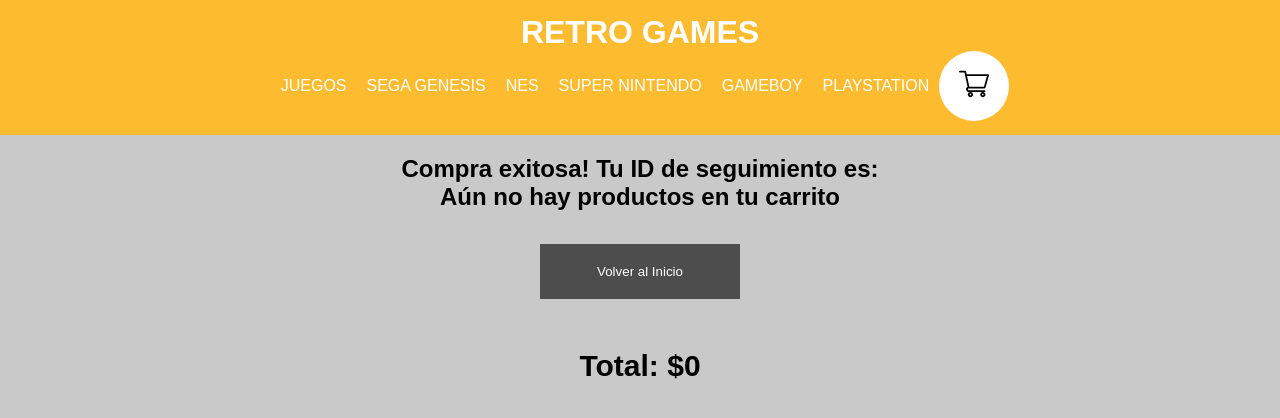
Repository: r-vudama/proyectoEC
Page: /cart
An editor plug-in stored every save of this project. The page is shown before and after the next save, followed by the edit.
The browser window is 1280 px wide. The pictures show the whole page.
The page's requests for data from a server got no answer. Some web fonts or font styles are not loaded; a fallback is used. The project was rebuilt for these pictures with package versions that can differ from the ones it lists, and the page was loaded fresh each time. No one was signed in, and anything a server would have sent is missing. Also part of the build but not shown: src/components/Item.js, src/components/ItemList.js, src/components/ItemListContainer.js, src/components/ItemCount.js, src/components/ItemDetail.js, src/components/ItemDetailContainer.js, src/components/filter/Sega.js, src/components/filter/Gameboy.js and 3 more.

Above is the page before, as saved 2021-01-23 18:10:16.

### src/App.js
import React from 'react';
import './components/css/main.css';
import NavBar from './components/NavBar';
import ItemListContainer from './components/ItemListContainer';
import ItemDetailContainer from "./components/ItemDetailContainer";
import Sega from './components/filter/Sega';
import Gameboy from './components/filter/Gameboy';
import Playstation from './components/filter/Playstation';
import Snes from './components/filter/Snes';
import Nes from './components/filter/Nes';
import Cart from './components/Cart';
import { BrowserRouter, Switch, Route } from 'react-router-dom';
import CarritoProvider from './context/cartContext';

function App() {

  return (
      <div className="App">
        <CarritoProvider>
          <BrowserRouter>
            <NavBar/>
            <Switch>
              <Route exact path="/" component={ItemListContainer}/>
              <Route path='/itemdetail/:id' component={ItemDetailContainer}/>
              <Route path="/sega" component={Sega}/>
              <Route path="/gameboy" component={Gameboy}/>
              <Route path="/nes" component={Nes}/>
              <Route path="/snes" component={Snes}/>
              <Route path="/playstation" component={Playstation}/>
              <Route path="/cart" component={Cart}/>
            </Switch>
          </BrowserRouter>
        </CarritoProvider>
      </div>
  );
}

export default App;

### src/components/css/main.css
@import url("https://fonts.googleapis.com/css2?family=Electrolize&display=swap");
* {
  margin: 0;
  padding: 0;
  box-sizing: border-box;
  font-family: "Electrolize", sans-serif;
}

a {
  text-decoration: none;
}

body {
  background: #c9c9c9;
}

.header-contenedor {
  width: 100%;
  height: 135px;
  display: flex;
  justify-content: center;
  align-items: center;
  background: #fdbb30;
}

.header {
  width: 100%;
  display: flex;
  justify-content: center;
  align-items: center;
  flex-direction: column;
}
.header a {
  text-decoration: none;
}

.header__titulo {
  color: #fff;
}

.header__menu {
  list-style: none;
  display: flex;
}

.header__menu li {
  font-size: 16px;
  padding: 10px;
  text-transform: uppercase;
}

.header__menu li a {
  text-decoration: none;
  color: #fff;
  transition: all 0.3s ease;
}

.header__menu li a:hover {
  color: #949494;
}

.header__nav {
  display: flex;
  justify-content: space-between;
  align-items: center;
}

.contenedor-carrito {
  width: 70px;
  height: 70px;
  display: flex;
  align-items: center;
  justify-content: center;
  background: #fff;
  border-radius: 50%;
  cursor: pointer;
}
.contenedor-carrito .carrito__cantidad {
  width: 20px;
  font-size: 12px;
  background: red;
  padding: 5px;
  border-radius: 5px;
  text-align: center;
  color: #fff;
  display: flex;
  justify-content: center;
  align-items: center;
  margin-left: 8px;
}

.header__carrito {
  width: 30px;
}

.contenedor-items {
  width: 100%;
  height: 100%;
  display: flex;
  justify-content: center;
  align-items: center;
  flex-direction: column;
  padding: 50px 0;
  background: #c9c9c9;
}

.contador {
  width: 100%;
  height: 100%;
  display: flex;
  justify-content: space-around;
  align-items: center;
  flex-direction: column;
}
.contador .botones {
  display: flex;
  justify-content: center;
  align-items: center;
}
.contador .botones input, .contador .botones button {
  width: 35px;
  height: 35px;
}
.contador .botones button {
  border: none;
  background: #e80033;
  color: #fff;
  cursor: pointer;
}
.contador .botones button:hover {
  background: #bf0d3e;
}

.lista-productos {
  width: 100%;
  height: 100%;
  display: flex;
  justify-content: center;
  align-items: center;
  flex-wrap: wrap;
}
.lista-productos h2 {
  width: 100%;
  text-align: center;
  margin-bottom: 20px;
}

.producto-card {
  width: 230px;
  height: 300px;
  background: #e80033;
  display: flex;
  justify-content: flex-start;
  align-items: center;
  flex-direction: column;
  margin: 20px;
  border-radius: 5px;
  cursor: pointer;
  box-shadow: 10px 10px 5px -1px rgba(0, 0, 0, 0.75);
  text-decoration: none;
}
.producto-card:hover {
  background: #bf0d3e;
}
.producto-card p {
  margin: 10px 3px 3px 3px;
  font-size: 18px;
  color: #fff;
  text-align: center;
}
.producto-card img {
  width: 180px;
  height: 180px;
  margin-top: 20px;
}

.producto-card-detail {
  width: 90%;
  height: 100%;
  background: #ed8b00;
  color: #fff;
  display: flex;
  justify-content: center;
  align-items: center;
  padding: 30px;
  box-shadow: 10px 10px 5px -1px rgba(0, 0, 0, 0.75);
  margin-top: 25px;
}
.producto-card-detail .producto-info {
  display: flex;
  justify-content: center;
  align-items: center;
  flex-direction: column;
}
.producto-card-detail .producto-info p {
  font-size: 14px;
  padding: 10px;
  text-align: center;
}
.producto-card-detail .producto-info .card-titulo, .producto-card-detail .producto-info .card-valor {
  font-size: 30px;
  font-weight: bold;
}
.producto-card-detail img {
  width: 280px;
  margin-right: 30px;
}

.btn-confirmar {
  width: 200px;
  border: none;
  background: #e80033;
  padding: 20px;
  color: #fff;
  cursor: pointer;
}
.btn-confirmar:hover {
  background: #bf0d3e;
}

.btn-agregar {
  width: 200px;
  border: none;
  background: #910048;
  margin: 20px;
  padding: 20px;
  color: #fff;
  cursor: pointer;
}
.btn-agregar:hover {
  background: #d0006f;
}

.lista-productos-detail {
  width: 100%;
  height: 100%;
  display: flex;
  justify-content: center;
  align-items: center;
  flex-wrap: wrap;
}
.lista-productos-detail h2 {
  width: 100%;
  text-align: center;
}

.lista-productos-detail h2 {
  margin: 20px;
  font-size: 30px;
}

.card-Platforms {
  width: 380px;
  height: 200px;
  background: #e80033;
  display: flex;
  justify-content: center;
  align-items: flex-start;
  flex-direction: column;
  margin: 20px;
  border-radius: 5px;
  cursor: pointer;
  box-shadow: 10px 10px 5px -1px rgba(0, 0, 0, 0.75);
  text-decoration: none;
  padding: 10px;
}
.card-Platforms:hover {
  background: #bf0d3e;
}
.card-Platforms p {
  margin: 5px;
  font-size: 16px;
  color: #fff;
}
.card-Platforms p span {
  font-weight: bold;
}

.lista-productos-detail h2 {
  margin: 20px;
  font-size: 30px;
}

.card-Genres {
  width: 250px;
  height: 100px;
  background: #e80033;
  display: flex;
  justify-content: center;
  align-items: flex-start;
  flex-direction: column;
  margin: 20px;
  border-radius: 5px;
  cursor: pointer;
  box-shadow: 10px 10px 5px -1px rgba(0, 0, 0, 0.75);
  text-decoration: none;
  padding: 10px;
}
.card-Genres:hover {
  background: #bf0d3e;
}
.card-Genres p {
  margin: 5px;
  font-size: 16px;
  color: #fff;
}
.card-Genres p span {
  font-weight: bold;
}

.lista-productos-detail h2 {
  margin: 20px;
  font-size: 30px;
}

.card-Directors {
  width: 250px;
  height: 100px;
  background: #e80033;
  display: flex;
  justify-content: center;
  align-items: flex-start;
  flex-direction: column;
  margin: 20px;
  border-radius: 5px;
  cursor: pointer;
  box-shadow: 10px 10px 5px -1px rgba(0, 0, 0, 0.75);
  text-decoration: none;
  padding: 10px;
}
.card-Directors:hover {
  background: #bf0d3e;
}
.card-Directors p {
  margin: 5px;
  font-size: 16px;
  color: #fff;
}
.card-Directors p span {
  font-weight: bold;
}

.paginacion {
  width: 100%;
  height: 50px;
  display: flex;
  justify-content: center;
  align-items: center;
}
.paginacion input, .paginacion button {
  width: 65px;
  height: 35px;
}
.paginacion button {
  border: none;
  background: #e80033;
  color: #fff;
  cursor: pointer;
}
.paginacion button:hover {
  background: #bf0d3e;
}

.contenedor-cart {
  width: 100%;
  height: 100%;
  display: flex;
  justify-content: center;
  align-items: center;
  flex-direction: column;
  flex-wrap: wrap;
  padding: 20px;
}
.contenedor-cart .cart-card {
  width: 80%;
  height: 100px;
  background: #910048;
  display: flex;
  justify-content: space-between;
  align-items: center;
  padding: 0 50px;
  margin: 25px 0;
  box-shadow: 10px 10px 5px -1px rgba(0, 0, 0, 0.75);
}
.contenedor-cart .cart-card .card-description {
  color: #ffffff;
  display: flex;
  justify-content: center;
  align-items: center;
  flex-direction: column;
}
.contenedor-cart .cart-card input {
  background: #f15d22;
  border: none;
  color: #ffffff;
  padding: 15px;
  cursor: pointer;
}
.contenedor-cart .cart-card input:hover {
  background: #ed8b00;
}
.contenedor-cart .cart-total {
  width: 100%;
  height: 100%;
  font-size: 30px;
  text-align: center;
  margin-top: 35px;
  font-weight: bold;
}
.contenedor-cart .btn-eliminar-todo {
  width: 200px;
  border: none;
  background: #4d4d4d;
  padding: 20px;
  margin: 15px 10px;
  color: #fff;
  cursor: pointer;
}
.contenedor-cart .btn-eliminar-todo:hover {
  background: #292929;
}

.form-compra {
  width: 100%;
  margin: 15px 0;
  display: flex;
  justify-content: center;
  align-items: center;
  flex-direction: column;
}
.form-compra .input-form {
  width: 50%;
}
.form-compra .input-form input {
  width: 100%;
  margin: 10px;
  padding: 12px;
  border: none;
}
.form-compra .btn-comprar {
  width: 200px;
  margin: 15px 10px;
  border: none;
  background: #e80033;
  padding: 20px;
  color: #fff;
  cursor: pointer;
}
.form-compra .btn-comprar:hover {
  background: #bf0d3e;
}

.botones {
  display: flex;
  justify-content: center;
  align-items: center;
}

/*# sourceMappingURL=main.css.map */

### src/components/NavBar.js
import React, { useState } from 'react';
import CartWidget from './CartWidget';
import { NavLink } from 'react-router-dom';

const NavBar = () => {

  const [links, setLinks] = useState([
                                      {nombre: 'Juegos', url: '/'},
                                      {nombre: 'Sega Genesis', url: '/sega'},
                                      {nombre: 'NES', url: '/nes'},
                                      {nombre: 'Super Nintendo', url: '/snes'},
                                      {nombre: 'GameBoy', url: '/gameboy'},
                                      {nombre: 'Playstation', url: '/playstation'}
                                    ])

    return (
      <div className="header-contenedor">
        <header className="header">
          <NavLink to='/' exact><h1 className="header__titulo">RETRO GAMES</h1></NavLink>
          <nav className="header__nav">
            <ul className="header__menu">
                {links.map((link, i) => {
                    return (<li key={i}><NavLink to={link.url}>{link.nombre}</NavLink></li>)
                })}
            </ul>
          <NavLink to='/cart'><CartWidget/></NavLink>
          </nav>
        </header>
      </div>
    );
  }

export default NavBar;

### src/components/Cart.js
import React, {useContext, useState} from 'react';
import { contexto } from '../context/cartContext';
import { Link } from 'react-router-dom';

const Cart = () => {

    const {carrito, total, quitarDelCarrito, vaciarCarrito, nombre, setNombre, telefono, setTelefono, email, setEmail, compra, setCompra, confirmarCompra} = useContext(contexto);

    const borrarItem = (p) => {
        quitarDelCarrito(p.id);
      };

    return(
        <div className="contenedor-cart">

            {carrito.length === 0 ?
                        <>
                            <h2>Compra exitosa! Tu ID de seguimiento es: {compra}</h2>
                            <h2>Aún no hay productos en tu carrito</h2>
                            <br/>
                            <Link to={{pathname: `/`}}>
                                <input type="button" className="btn-eliminar-todo" value={`Volver al Inicio`}/>
                            </Link>
                        </> : carrito.map((card, i) => (
                <div key={i} className="cart-card">
                    <div className="card-description">
                        <p>{card.nombre}</p>
                        <p>Unidades: {card.cantidad}</p>
                        <p>Subtotal: $ {card.valor * card.cantidad}</p>
                    </div>
                    <input onClick={() => borrarItem(card)} type="button" value={`Quitar del carrito`}/>
                </div>
            ))}

            <div className="cart-total">Total: ${total()}</div>

            {carrito.length === 0 ? '' :
                <form onSubmit={confirmarCompra} className="form-compra">
                    <div className="input-form">
                        <input value={nombre} placeholder="Nombre*" onChange={(e)=>{setNombre(e.target.value)}} type="text"/>
                    </div>
                    <div className="input-form">
                        <input value={telefono} placeholder="Teléfono*" onChange={(e)=>{setTelefono(e.target.value)}} type="text"/>
                    </div>
                    <div className="input-form">
                        <input value={email} placeholder="E-mail*" onChange={(e)=>{setEmail(e.target.value)}} type="email"/>
                    </div>
                    <div className="botones">
                    <button type="submit" className="btn-comprar">Comprar</button>
                    <input onClick={vaciarCarrito} type="button" className="btn-eliminar-todo" value={`Vaciar el carrito`}/>
                    </div>
                </form>
            }

        </div>
    )
}

export default Cart

### src/context/cartContext.js
import React, { createContext, useState } from "react";
import { getFirestore } from '../firebase';
export const contexto = createContext();


const { Provider } = contexto;

const CarritoProvider = ({children}) => {

    const [cantidad, setCantidad] = useState(0);
    let [carrito, setCarrito] = useState([]);
    const [nombre, setNombre] = useState("");
    const [telefono, setTelefono] = useState("");
    const [email, setEmail] = useState("");
    const [compra, setCompra] = useState("");

        //Envia datos de la compra a la base de datos
        const confirmarCompra = (e) => {
          e.preventDefault()
          const datosCompra = {
              buyer : {
                  name : nombre,
                  phone : telefono,
                  email : email
              },
              items : [...carrito],
              total : total()
          }
          // console.log(datosCompra)

          const db = getFirestore()
          const OrderCollection = db.collection("orders")
          OrderCollection.add(datosCompra).then((resultado)=>{
              setCompra(resultado.id)
              // console.log(resultado.id)
              setCarrito([])

              const Itemscollection = db.collection("items")
              const batch = getFirestore().batch()

              carrito.forEach(item=>{
                  batch.update(Itemscollection.doc(item.id), {stock: 0})
              })

              batch.commit()
              .then(()=>{
                  console.log("Termino bien")
              })
          })

      }


    //Toma la cantidad desde el contador
    const onAdd = (cantidadItem) => {
        setCantidad(cantidadItem)
    }

    //Carga el producto al carrito
    const cargarItem = (id, producto, valor, cantidad) => {

      let prodIndex = carrito.findIndex(item => item.nombre === producto);
      if(prodIndex === -1){
        setCarrito([...carrito, {'id': id,'nombre': producto, 'valor': valor, 'cantidad': cantidad }]);
      }else{
        let carritoModificado = [...carrito]
        carritoModificado[prodIndex].cantidad += cantidad;
        setCarrito(carritoModificado)
      }
    }

    // Suma cantidad y recorre los productos
    const cantidadProducto = () => {
      return carrito.reduce((accumulador, item) => (accumulador += item.cantidad), 0);
    };

    // Elimina producto del array. Busca el indice y elimina 1
    const quitarDelCarrito = (id) => {
      carrito.splice(
        carrito.findIndex((p) => p.id === id),
        1
      );
      setCarrito([...carrito]);
    };

    // Importe total
    const total = () => {
      return carrito.reduce((acc, p) => (acc += p.valor * p.cantidad), 0);
    };

    //Elimina todos los items en el carrito
    const vaciarCarrito = () =>{
      setCarrito([])
    }



  return (
    <Provider value={{onAdd, cargarItem, cantidadProducto, quitarDelCarrito, total, vaciarCarrito, carrito, cantidad, nombre, setNombre, telefono, setTelefono, email, setEmail,compra, setCompra, confirmarCompra}}>
      {children}
    </Provider>
  );
};

export default CarritoProvider;

### src/components/CartWidget.js
import React, {useContext} from 'react';
import { contexto } from '../context/cartContext'

const CartWidget = () => {

    const { cantidadProducto } = useContext(contexto);
    return(
        <>
        <div className="contenedor-carrito">
            <div>
                <img src="./img/cart.svg" alt="Carrito" className="header__carrito"/>
            </div>
            {cantidadProducto() === 0 ? '' :  <div className="carrito__cantidad">{cantidadProducto()}</div>}
        </div>

        </>
    )
}

export default CartWidget;

### src/firebase.js
import firebase from "firebase/app";
import "firebase/firestore";

const apiKey = process.env.REACT_APP_APIKEY
const appId = process.env.REACT_APP_appId
const authDomain = process.env.REACT_APP_authDomain
const messagingSenderId = process.env.REACT_APP_messagingSenderId
const projectId = process.env.REACT_APP_projectId
const storageBucket = process.env.REACT_APP_storageBucket

const firebaseConfig = {apiKey,authDomain,projectId,storageBucket,messagingSenderId,appId}

//Da instancia de la app inicializada
const app = firebase.initializeApp(firebaseConfig);

//Da instancia de Firestore inicializado y exporto
export const getFirestore = () => {
    return firebase.firestore(app)
}

// console.log(process.env)

Loaded but not shown: public/index.html (common file); src/index.js (common file); src/reportWebVitals.js (common file)

After the next save:
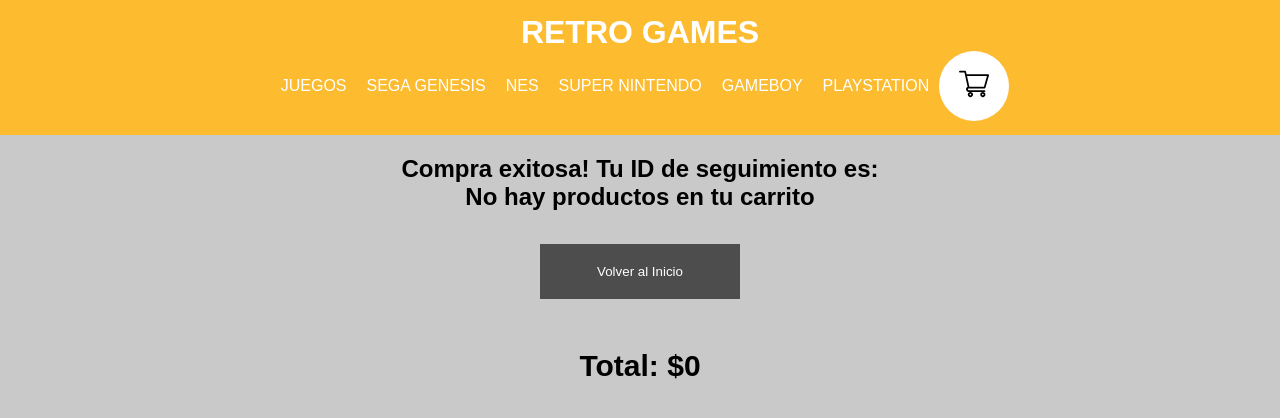
Saved 82 s later.
--- a/src/components/Cart.js
+++ b/src/components/Cart.js
@@ -16,7 +16,7 @@
             {carrito.length === 0 ?
                         <>
                             <h2>Compra exitosa! Tu ID de seguimiento es: {compra}</h2>
-                            <h2>Aún no hay productos en tu carrito</h2>
+                            <h2>No hay productos en tu carrito</h2>
                             <br/>
                             <Link to={{pathname: `/`}}>
                                 <input type="button" className="btn-eliminar-todo" value={`Volver al Inicio`}/>
